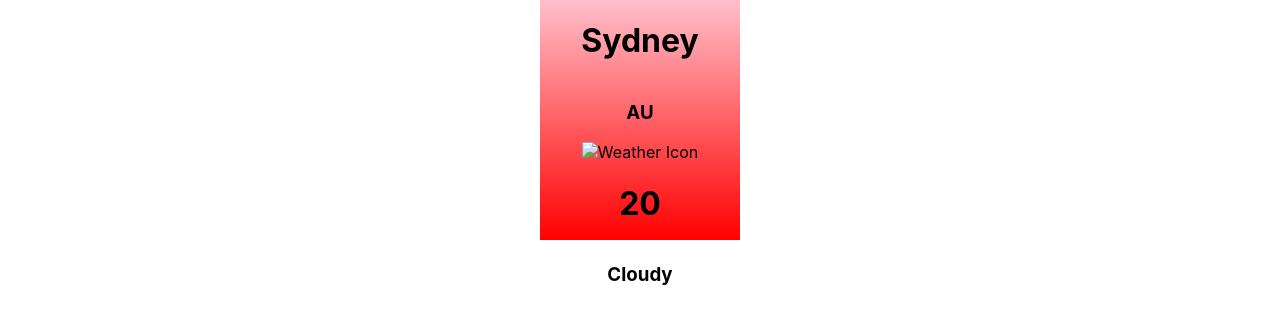
Repository: sayrilamar/chumsweatherapp
Page: /
An editor plug-in stored every save of this project. The page is shown before and after the next save, followed by the edit.
The browser window is 1280 px wide. The pictures show the whole page.
The project was rebuilt for these pictures with package versions that can differ from the ones it lists, and the page was loaded fresh each time.

Above is the page before, as saved 2020-04-16 19:39:34.

After the next save:
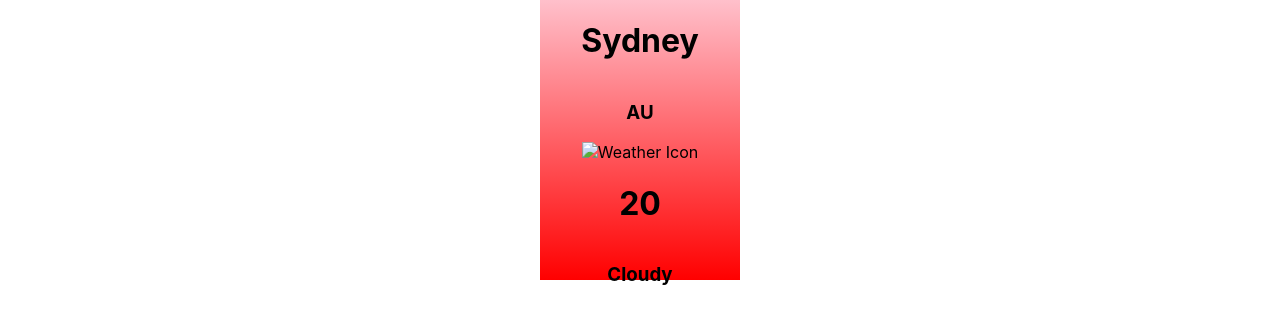
Saved 7 s later.
--- a/src/App.css
+++ b/src/App.css
@@ -6,7 +6,7 @@
   margin: 0 auto;
   background: linear-gradient(to top, red, pink);
   width: 200px;
-  height: 240px;
+  height: 280px;
   display: flex;
   flex-direction: column;
   justify-content: space-between;
